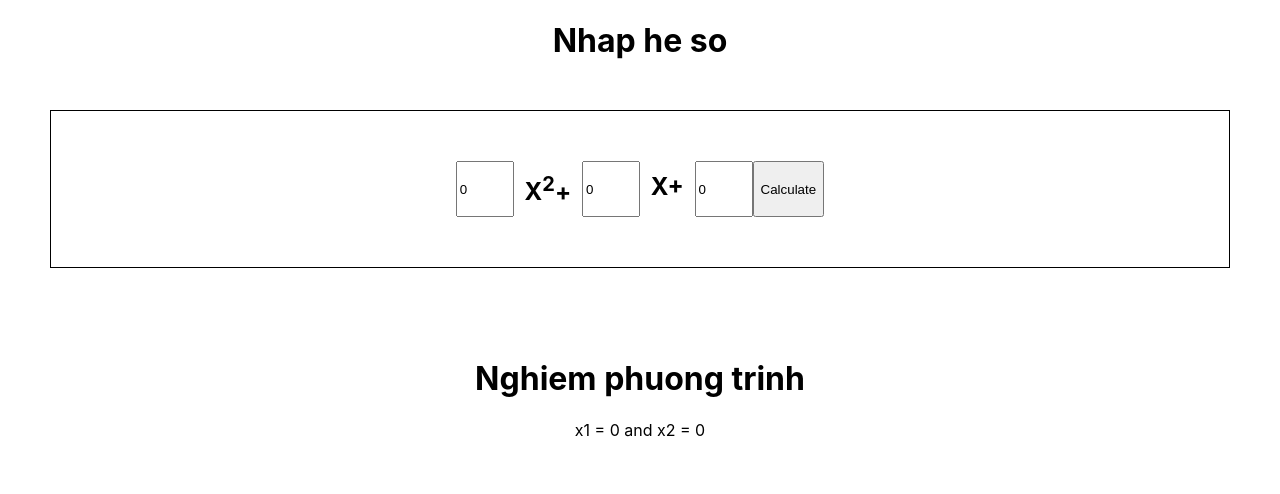
Repository: Trinvm1997/ReactExercise
Page: / (app in quadratic_equation/)
These files come from the project's save history. The page is drawn as it stood at one moment and after the next save; the edit follows.
The browser window is 1280 px wide. The pictures show the whole page.
The project was rebuilt for these pictures with package versions that can differ from the ones it lists, and the page was loaded fresh each time.

Above is the page before, as saved 2020-12-24 10:24:10.

### quadratic_equation/src/App.js
import './App.css';
import React, { Component } from 'react';

class App extends Component {
  constructor(props) {
    super(props);
    this.state = {
      inputA:0,
      inputB:0,
      inputC:0,
      x1:0,
      x2:0

    };
    this.handleChange = this.handleChange.bind(this);
    this.handleSubmit = this.handleSubmit.bind(this);

  }

  handleChange(event) {
    const value = event.target.value;
    const name = event.target.name;
    this.setState({
      [name]: value
    });
  }

  handleSubmit(event) {
    event.preventDefault();
    if(Math.pow(this.state.inputB,2) - 4*this.state.inputA*this.state.inputC < 0){
      this.setState({
          x1: "undefined",
          x2: "undefined"
        });
    }else{
      this.setState({
      x1: (- this.state.inputB + Math.sqrt(Math.pow(this.state.inputB,2) - 4*this.state.inputA*this.state.inputC))/(2*this.state.inputA),
      x2: (- this.state.inputB - Math.sqrt(Math.pow(this.state.inputB,2) - 4*this.state.inputA*this.state.inputC))/(2*this.state.inputA)
    });
  }
}




  render() {
    return (
      <div className="App">
        <h1>Nhap he so</h1>
        <form>
          <input type="number" name="inputA" value={this.state.inputA} onChange={this.handleChange}></input>
          <h2>X<sup>2</sup>+</h2>
          <input type="number" name="inputB" value={this.state.inputB} onChange={this.handleChange}></input>
          <h2>X+</h2>
          <input type="number" name="inputC" value={this.state.inputC} onChange={this.handleChange}></input>
          <button onClick={this.handleSubmit}>Calculate</button>
        </form>
        <br/>
        <h1>Nghiem phuong trinh</h1>
        <p>x1 = {this.state.x1} and x2 = {this.state.x2}</p>
      </div>
    );
  }
}

export default App;

### quadratic_equation/src/App.css
.App {
  text-align: center;
}

.App-logo {
  height: 40vmin;
  pointer-events: none;
}

@media (prefers-reduced-motion: no-preference) {
  .App-logo {
    animation: App-logo-spin infinite 20s linear;
  }
}

.App-header {
  background-color: #282c34;
  min-height: 100vh;
  display: flex;
  flex-direction: column;
  align-items: center;
  justify-content: center;
  font-size: calc(10px + 2vmin);
  color: white;
}

.App-link {
  color: #61dafb;
}

form {
  display: flex;
  justify-content: center;
  border: 1px solid black;
  margin: 50px;
  padding: 50px;
}

h2 {
  margin: 1%;
}

input {
  width: 50px;
}

@keyframes App-logo-spin {
  from {
    transform: rotate(0deg);
  }
  to {
    transform: rotate(360deg);
  }
}

Loaded but not shown: quadratic_equation/public/index.html (common file); quadratic_equation/src/index.js (common file); quadratic_equation/src/index.css (common file); quadratic_equation/src/reportWebVitals.js (common file)

After the next save:
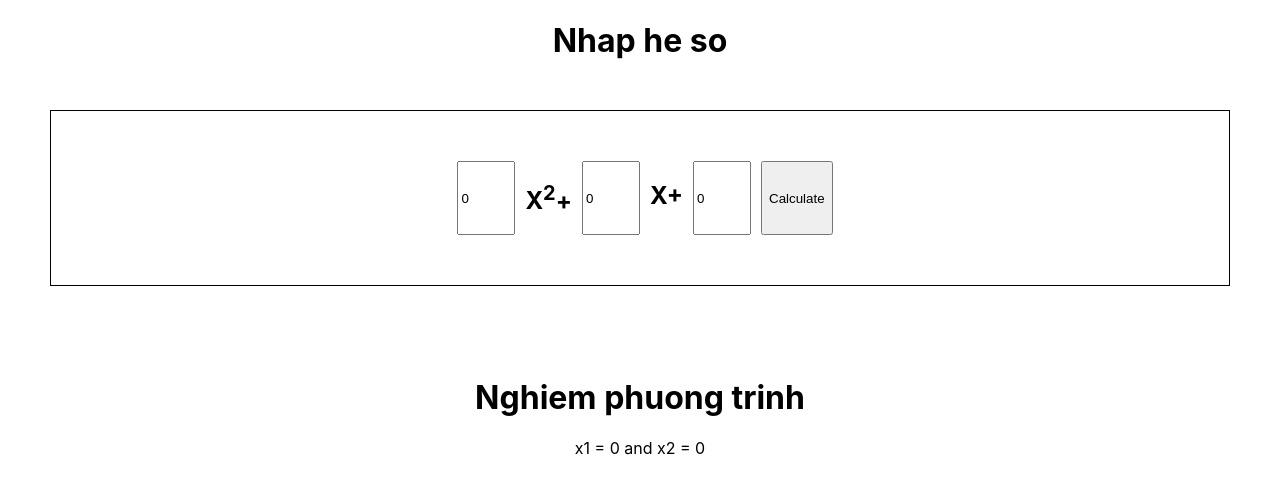
Saved 48 s later.
--- a/quadratic_equation/src/App.css
+++ b/quadratic_equation/src/App.css
@@ -36,8 +36,9 @@ form {
   padding: 50px;
 }
 
-h2 {
-  margin: 1%;
+form input {
+  margin-left: 10px;
+  margin-right: 10px;
 }
 
 input {
